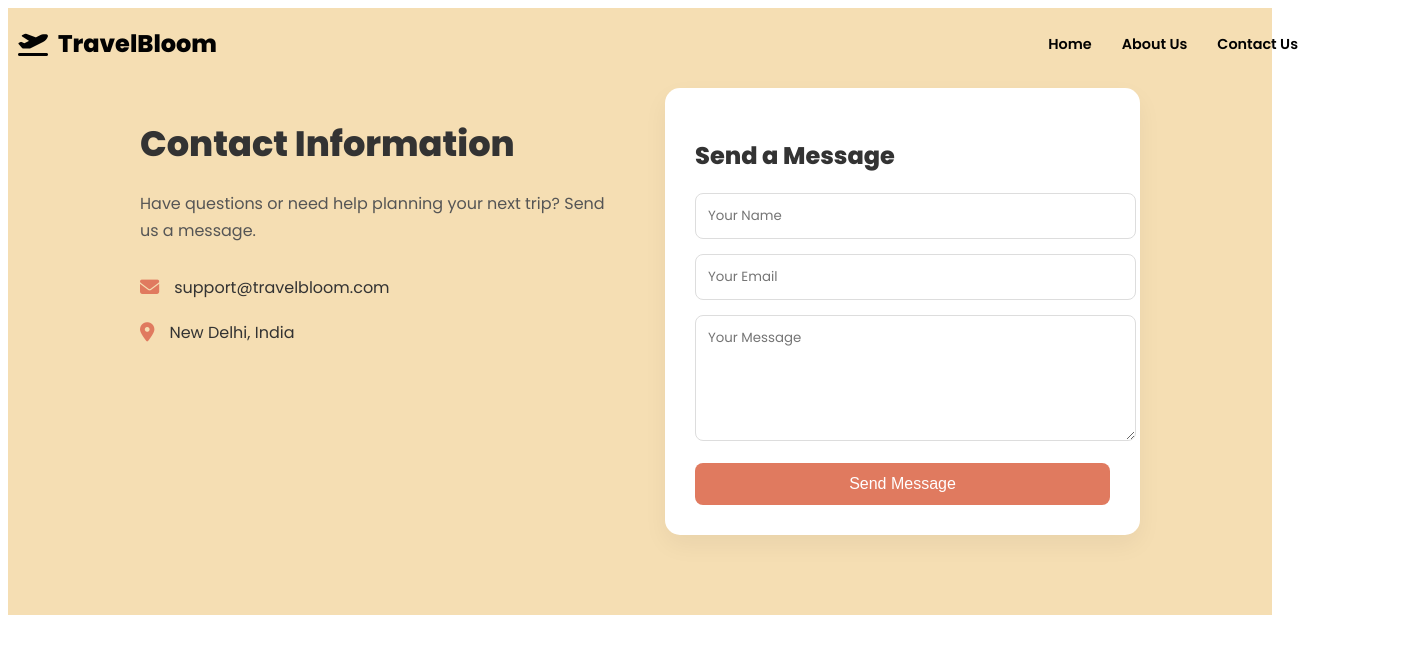
Repository: LatikaAdhikari064/TravelBloom_Project
Page: contact.html
The author's editor kept a copy of each file at every save. The page is drawn from the files as they stood at one save, then again after the next save.
The browser window is 1280 px wide. The page is 1308 px wide, then 1408 px, so the pictures cover 1408 px, including what lies to the right of the window. The pictures show the whole page.

Above is the page before, as saved 2026-01-08 20:55:05.

After the next save:
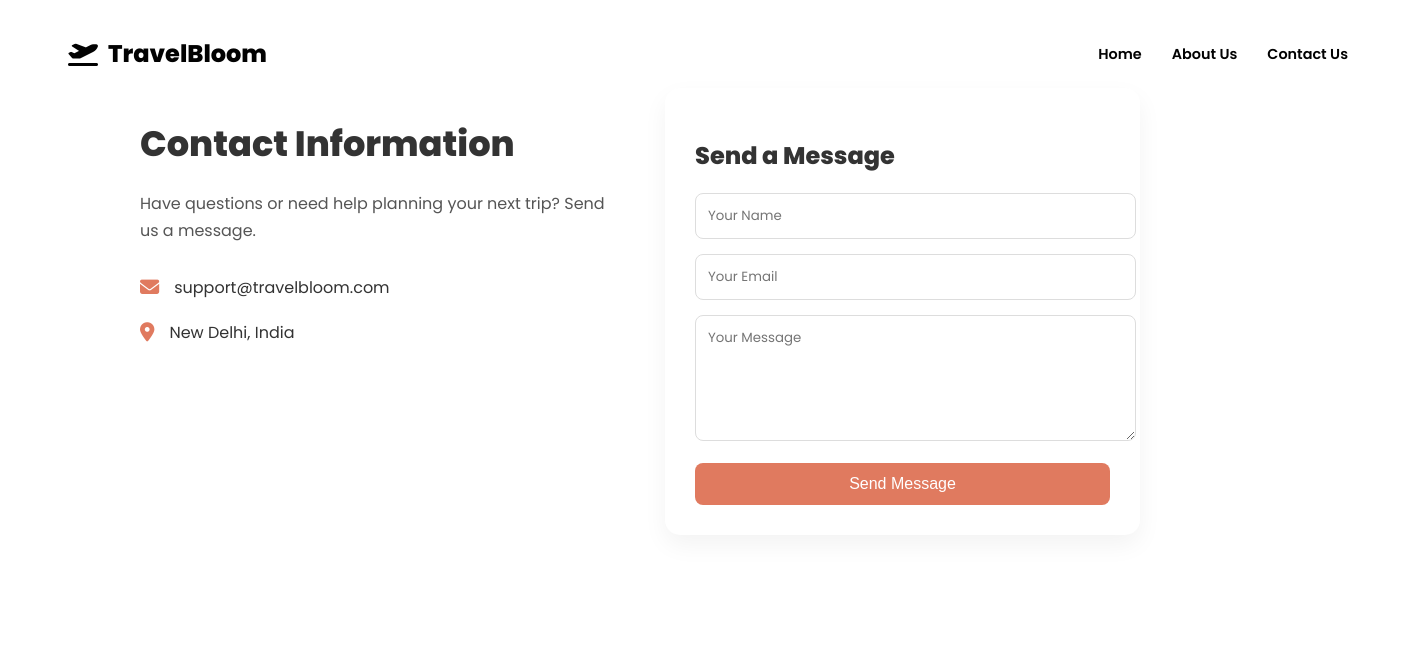
Saved 85 s later.
--- a/contact.css
+++ b/contact.css
@@ -11,7 +11,7 @@ body {
     display: flex;
     justify-content: space-between;
     align-items: center;
-    padding: 15px 10px;
+    padding: 25px 60px;
     z-index: 100; /* Ensures nav is above everything */
     color: rgb(2, 2, 2);
 }
@@ -55,7 +55,7 @@ body {
 /* SECTION */
 .contact-section {
     padding: 80px 20px;
-    background:wheat;
+    background:white;
 }
 
 .contact-container {
